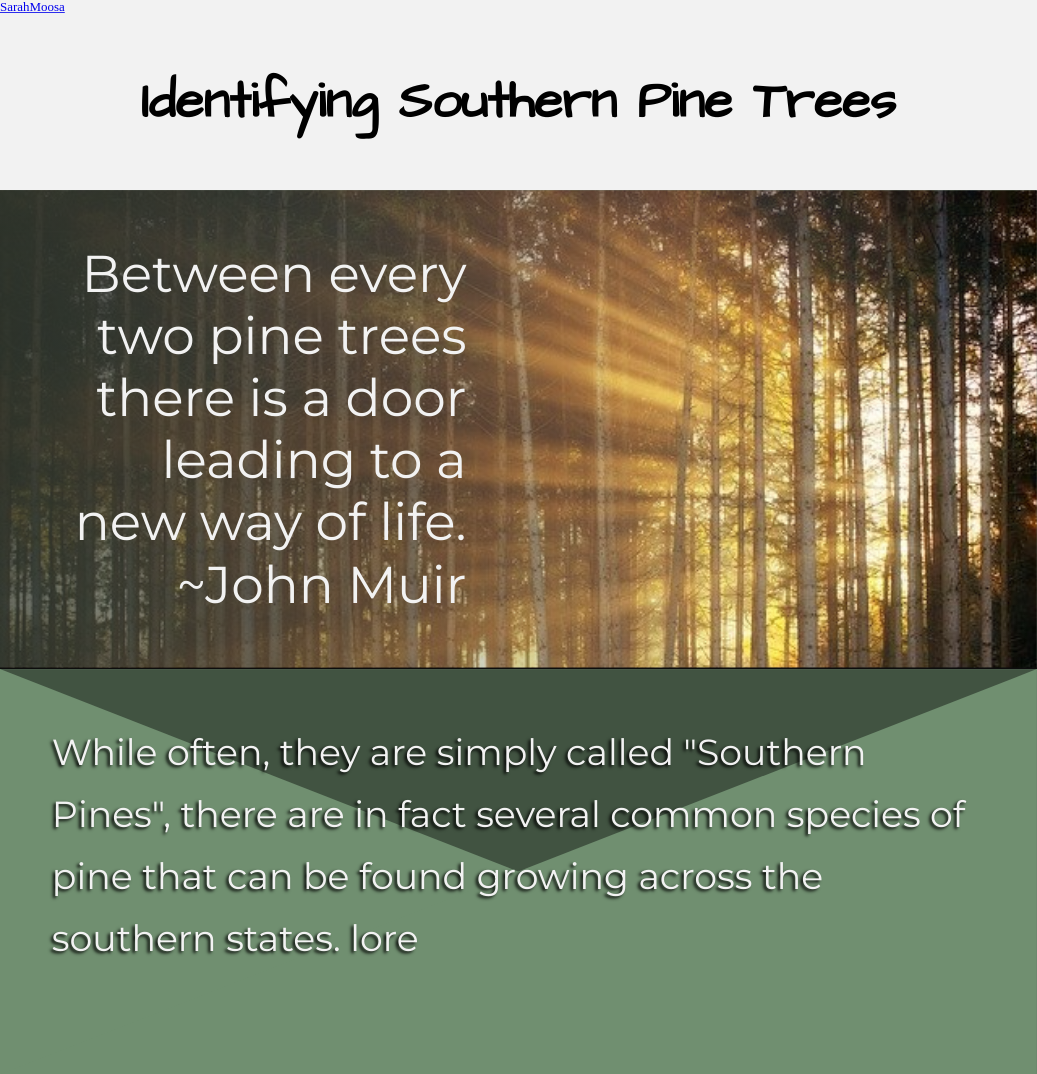
Repository: Sbethm/louisianaPineTrees
Page: pine_main.html
These files come from the project's save history. The page is drawn as it stood at one moment and after a run of saves; the edit follows.
The browser window is 1280 px wide. The pictures show the whole page, at 81% of full size.
The style sheet was rebuilt from its Sass, Less or Tailwind sources for each picture, by a compiler version that may differ from the author's.

Above is the page before, as saved 2021-09-23 13:10:30.

After the next 2 saves:
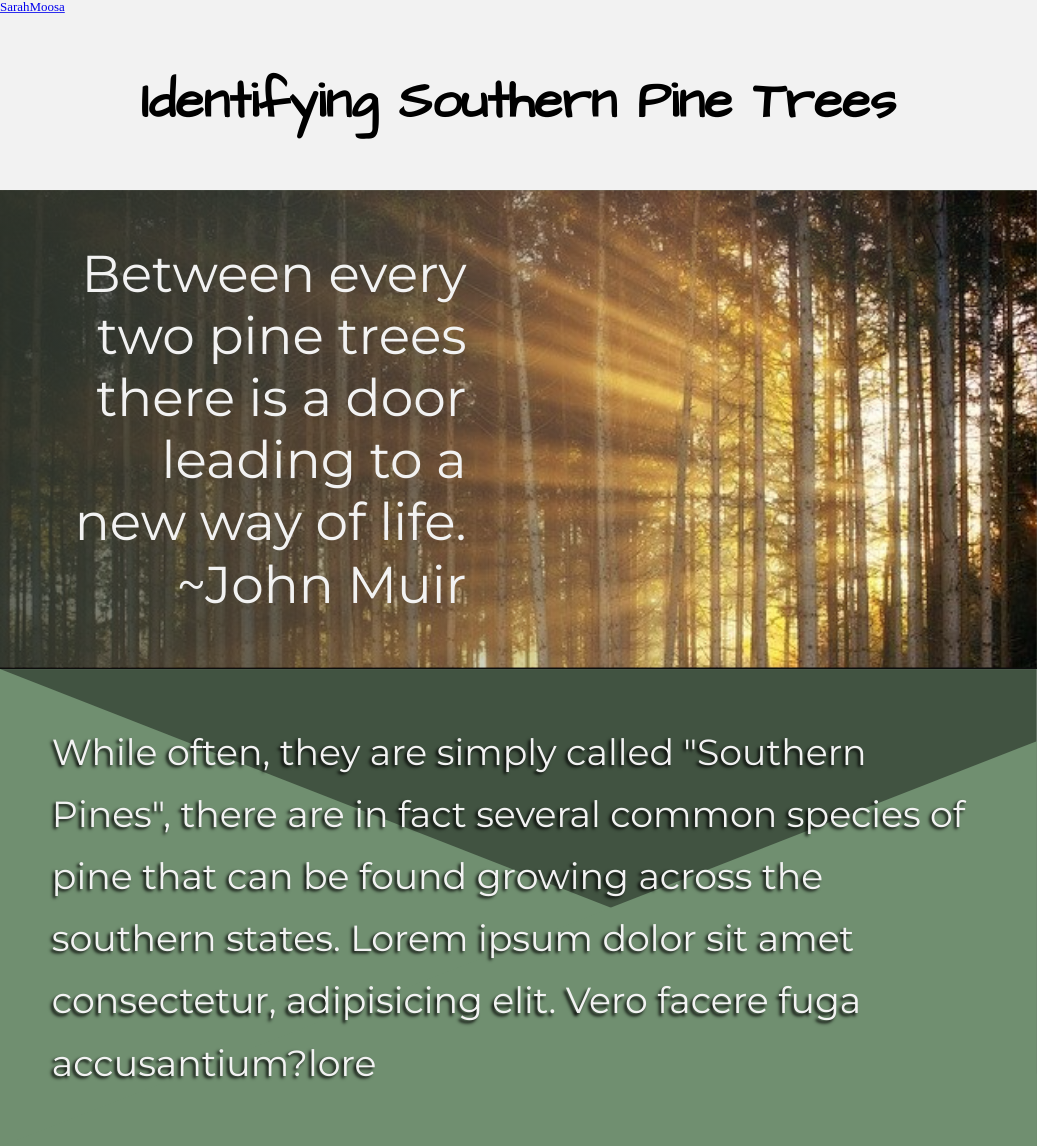
The 2 saves are shown as one change because they came seconds apart.
The last was saved 10 s later.
--- a/pine_main.html
+++ b/pine_main.html
@@ -32,7 +32,7 @@
             <div class="triangle-right"></div>
             <p class="call-to-action">While often, they are simply called "Southern Pines", there are in fact several common species of pine that can be found growing across the southern states.
 
-                lore
+                Lorem ipsum dolor sit amet consectetur, adipisicing elit. Vero facere fuga accusantium?lore
             </p>
         </div>
         <div class="border"></div>
